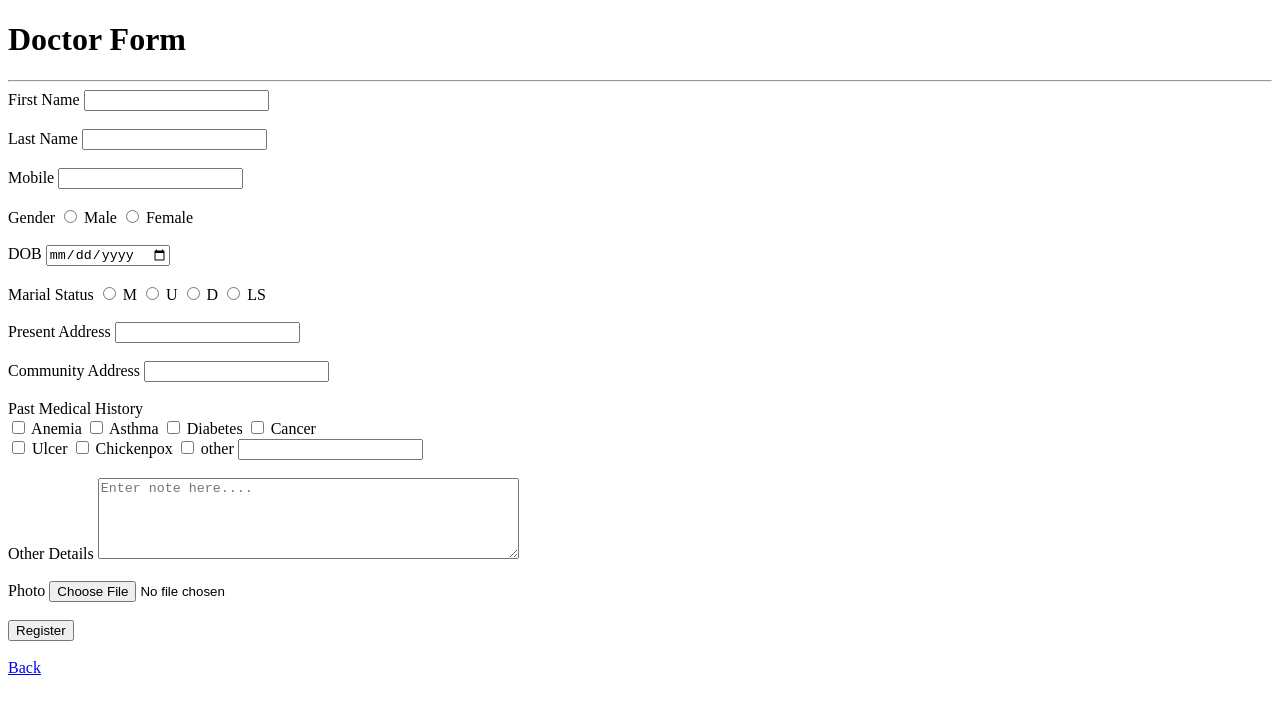
Repository: aayush105/Advance-Java
Page: http://localhost/Doctorpatient/patient.jsp
These files come from the project's save history. The page is drawn as it stood at one moment and after the next save; the edit follows.
The browser window is 1280 px wide. The pictures show the whole page.
The page is served by Tomcat 10.

Above is the page before, as saved 2023-07-20 11:58:10.

After the next save:
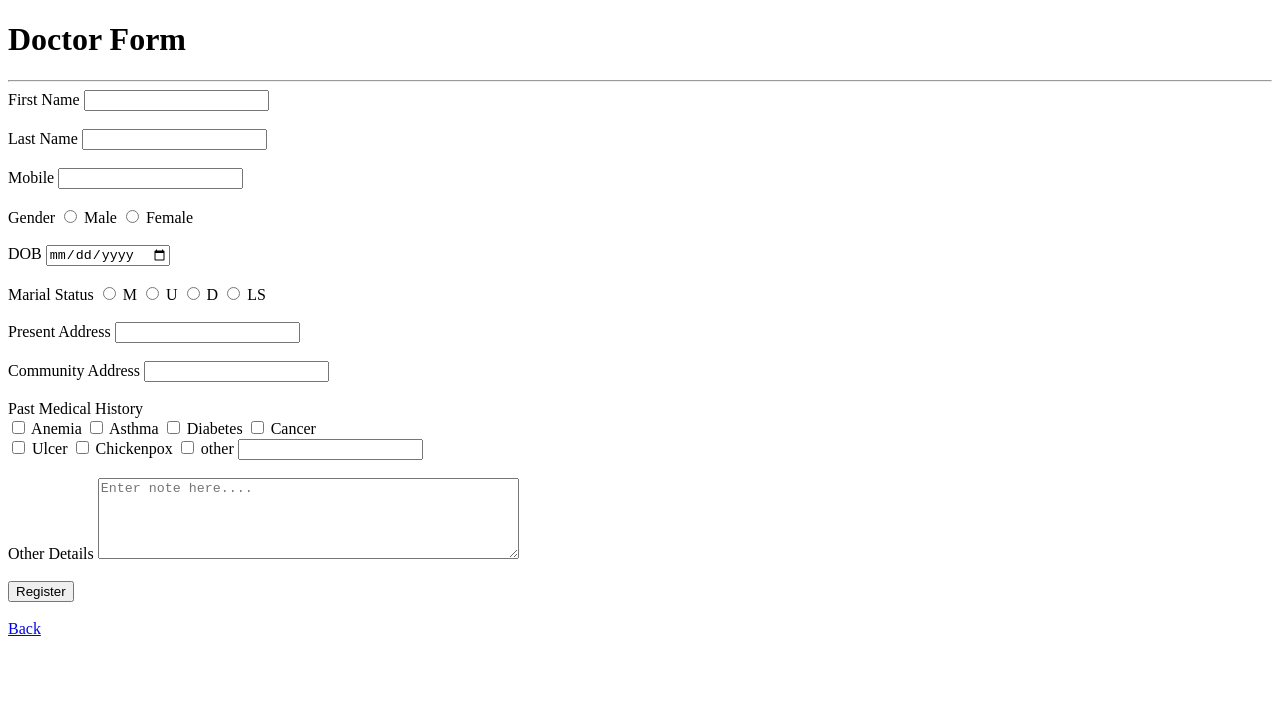
Saved 18 s later.
--- a/Doctorpatient/src/main/webapp/patient.jsp
+++ b/Doctorpatient/src/main/webapp/patient.jsp
@@ -38,7 +38,7 @@ Past Medical History
 <input type="checkbox" name="check" value="check-7"> other <input type="text" name="other" >
 <br><br>
 Other Details <textarea rows = "5" cols = "50" name = "detail" placeholder ="Enter note here...."></textarea><br><br>
-Photo <input type="file" name="photo"><br><br>
+
   <input type="submit" value="Register" ><br><br>
 <a href ="index.jsp">Back</a>
 </form>
